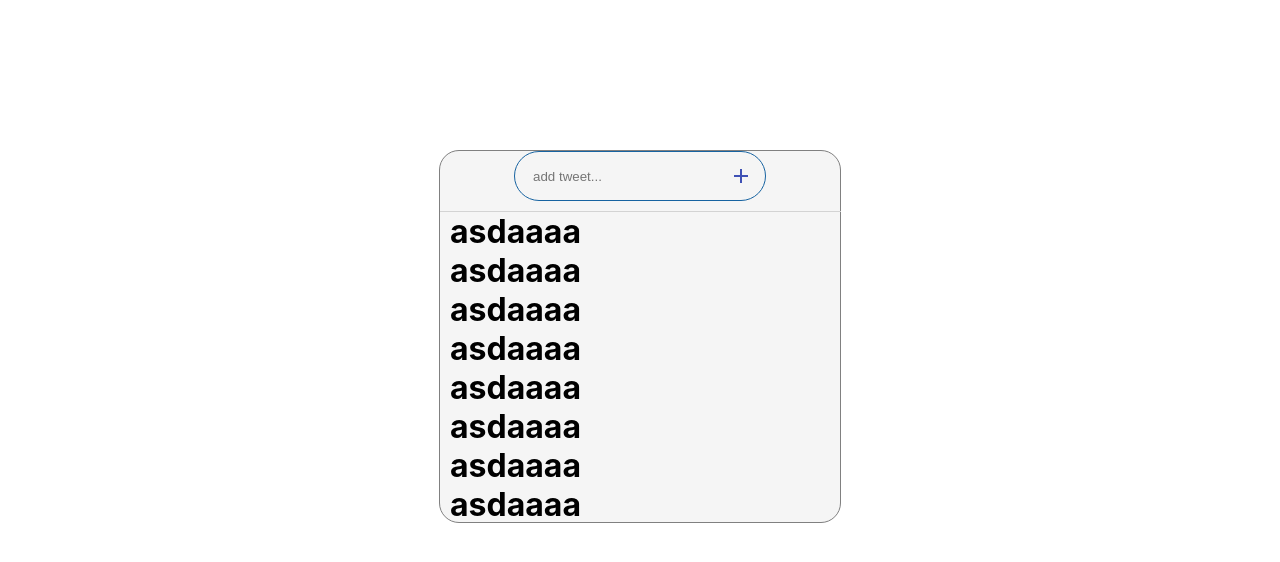
Repository: ehabmelhem/FullStack_Tweetapp
Page: /tweet (app in tweet-app-demo/)
These files come from the project's save history. The page is drawn as it stood at one moment and after a run of saves; the edit follows.
The browser window is 1280 px wide. The pictures show the whole page.
The project was rebuilt for these pictures with package versions that can differ from the ones it lists, and the page was loaded fresh each time. A package was used in the major version that the imports need, not the one package.json lists. Also part of the build but not shown: tweet-app-demo/src/Componets/Gotweet.js, tweet-app-demo/src/Componets/Login.css, tweet-app-demo/src/Componets/Login.js, tweet-app-demo/src/Componets/SignUp.css, tweet-app-demo/src/Componets/SignUp.js.

Above is the page before, as saved 2021-01-28 20:06:26.

After the next 2 saves:
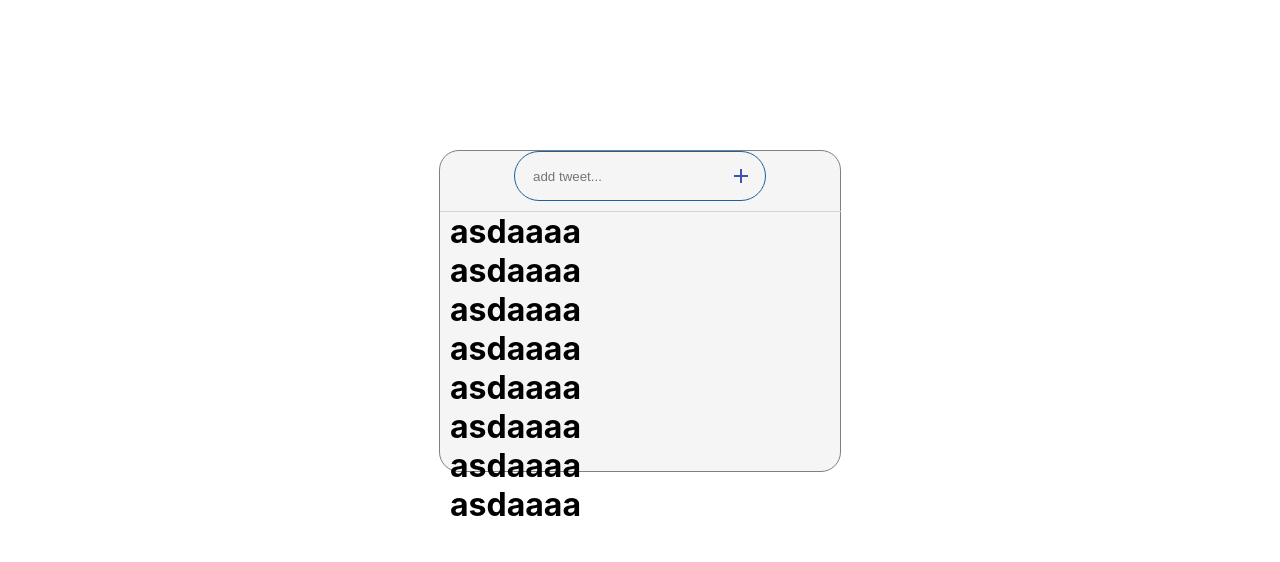
The 2 saves are shown as one change because they came seconds apart.
The last was saved 13 s later.
--- a/tweet-app-demo/src/Componets/Tweet.css
+++ b/tweet-app-demo/src/Componets/Tweet.css
@@ -19,6 +19,7 @@
   border-radius: 20px;
   border: 1px solid gray;
   z-index: 999;
+  height: 320px;
 }
 /* Hide scrollbar for Chrome, Safari and Opera */
 
